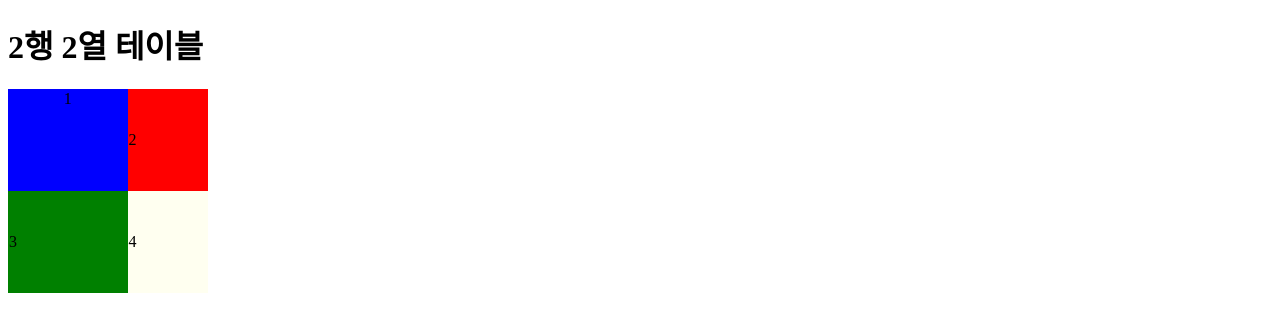
Repository: JeongWoo-Jang/Edu-Backup
Page: 5. HTML & CSS & JS/ClientTest/WebContent/ex13_table.html
The author's editor kept a copy of each file at every save. The page is drawn from the files as they stood at one save, then again after the next save.
The browser window is 1280 px wide. The pictures show the whole page.

Above is the page before, as saved 2020-06-19 07:27:05.

### 5. HTML & CSS & JS/ClientTest/WebContent/ex13_table.html
<!DOCTYPE html>
<html>
<head>
<meta charset="UTF-8">
<title>Insert title here</title>
</head>
<body>

	<!--

		<table>, 표
		- 표 만들 때 사용
		- 레이아웃 만들 때 사용 -> 잘 안씀 -> <div> + CSS 사용

		1. <table>
			- 큰상자
			- 전체 컨테이너
		2. <tr>
			- 중간 상자
			- 행 역할
		3. <td>
			- 작은 상자
			- 셀 역할
			- 테이블의 데이터는 <td>가 가진다.

	 -->

	 <h1>2행 2열 테이블</h1>

	 <table border="0" width="200" height="200" bgcolor="yellow" cellspacing="0">
	 	<tr bgcolor="red">
	 		<td width="120" height="100" bgcolor="blue" align="center" valign="top">1</td>
	 		<td width="80">2</td>
	 	</tr>
	 	<tr bgcolor="ivory">
	 		<td height="100" bgcolor="green">3</td>
	 		<td>4</td>
	 	</tr>
	 </table>







</body>
</html>

After the next save:
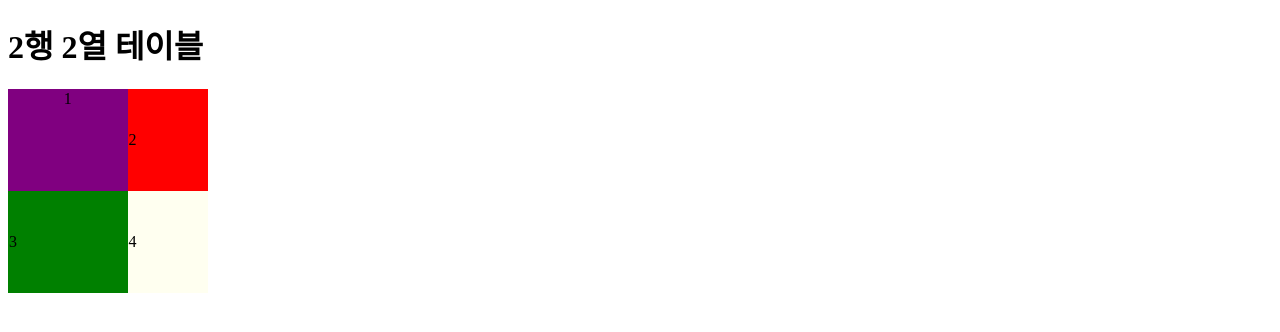
Saved 24 s later.
--- a/5. HTML & CSS & JS/ClientTest/WebContent/ex13_table.html
+++ b/5. HTML & CSS & JS/ClientTest/WebContent/ex13_table.html
@@ -29,7 +29,7 @@
 
 	 <table border="0" width="200" height="200" bgcolor="yellow" cellspacing="0">
 	 	<tr bgcolor="red">
-	 		<td width="120" height="100" bgcolor="blue" align="center" valign="top">1</td>
+	 		<td width="120" height="100" bgcolor="purple" align="center" valign="top">1</td>
 	 		<td width="80">2</td>
 	 	</tr>
 	 	<tr bgcolor="ivory">
